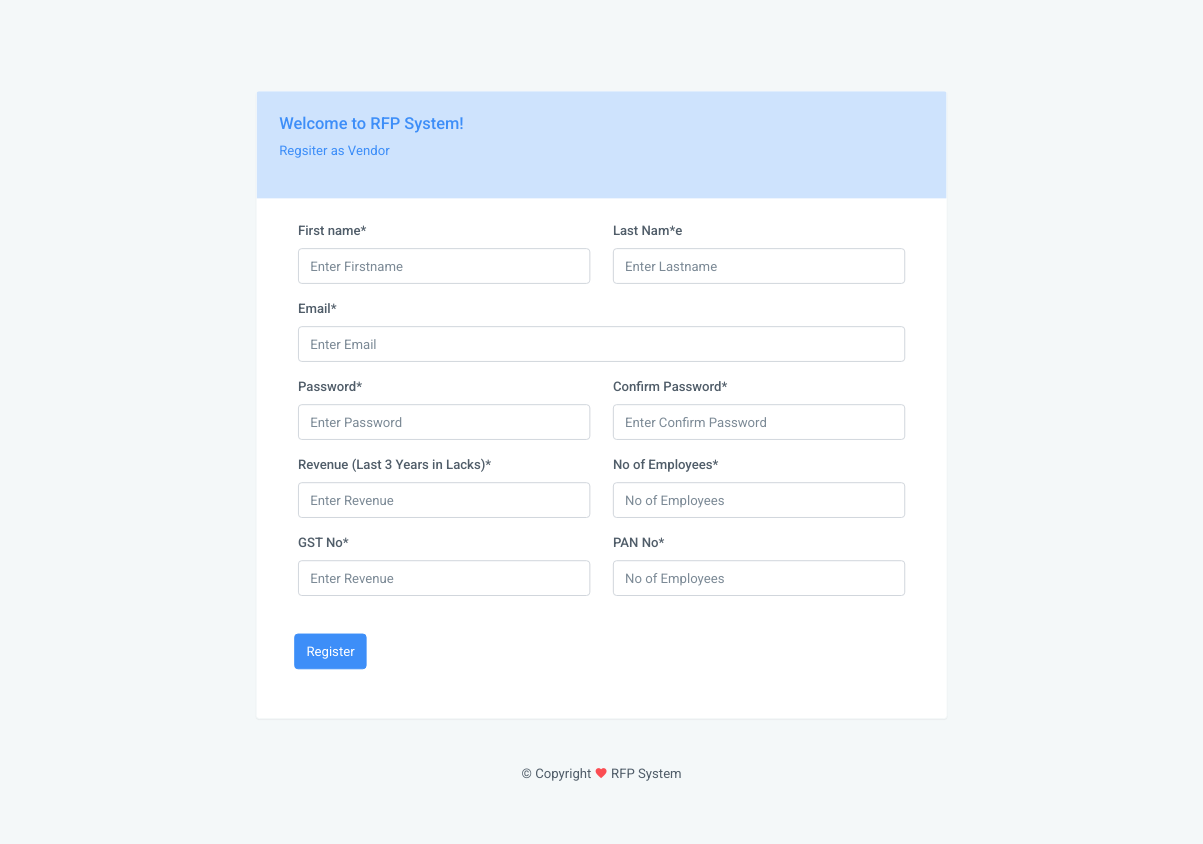
Repository: saurabhgithb/RFP-System
Page: register.html
These files come from the project's save history. The page is drawn as it stood at one moment and after the next save; the edit follows.
The browser window is 1280 px wide. The pictures show the whole page, at 94% of full size.

Above is the page before, as saved 2023-01-04 17:45:38.

### register.html

<!doctype html>
<html lang="en">

    <head>

        <meta charset="utf-8" />
        <title>Login | RFP System</title>
        <meta name="viewport" content="width=device-width, initial-scale=1.0">
        <meta content="Premium Multipurpose Admin & Dashboard Template" name="description" />
        <meta content="Themesbrand" name="author" />
        <!-- App favicon -->
        <link rel="shortcut icon" href="assets/images/favicon.ico">

        <!-- Bootstrap Css -->
        <link href="assets/css/bootstrap.min.css" id="bootstrap-style" rel="stylesheet" type="text/css" />
        <!-- Icons Css -->
        <link href="assets/css/icons.min.css" rel="stylesheet" type="text/css" />
        <!-- App Css-->
        <link href="assets/css/app.min.css" id="app-style" rel="stylesheet" type="text/css" />

    </head>

    <body>
        <div class="home-btn d-none d-sm-block">
            <a href="index.html" class="text-dark"><i class="fas fa-home h2"></i></a>
        </div>
        <div class="account-pages my-5 pt-sm-5">
            <div class="container">
                <div class="row justify-content-center">
                    <div class="col-md-8 col-lg-6 col-xl-8">
                        <div class="card overflow-hidden">
                            <div class="bg-soft-primary">
                                <div class="row">
                                    <div class="col-12">
                                        <div class="text-primary p-4">
                                            <h5 class="text-primary">Welcome to RFP System!</h5>
                                            <p>Regsiter as Vendor</p>
                                        </div>
                                    </div>
                                </div>
                            </div>
                            <div class="card-body pt-0">
                                <div class="p-4">
                                    <form class="form-horizontal" action="">
                                        <div class="row">
                                            <div class="col-md-12 col-lg-6 col-xl-6">
                                                <div class="form-group">
                                                    <label for="firstname">First name*</label>
                                                    <input type="text" class="form-control" id="firstname" placeholder="Enter Firstname">
                                                </div>
                                            </div>
                                            <div class="col-md-12 col-lg-6 col-xl-6">
                                                <div class="form-group">
                                                    <label for="lastname">Last Nam*e</label>
                                                    <input type="text" class="form-control" id="lastname" placeholder="Enter Lastname">
                                                </div>
                                            </div>
                                            <div class="col-md-12">
                                                <div class="form-group">
                                                    <label for="email">Email*</label>
                                                    <input type="text" class="form-control" id="email" placeholder="Enter Email">
                                                </div>
                                            </div>

                                            <div class="col-md-12 col-lg-6 col-xl-6">
                                                <div class="form-group">
                                                    <label for="password">Password*</label>
                                                    <input type="password" class="form-control" id="password" placeholder="Enter Password">
                                                </div>
                                            </div>
                                            <div class="col-md-12 col-lg-6 col-xl-6">
                                                <div class="form-group">
                                                    <label for="password">Confirm Password*</label>
                                                    <input type="password" class="form-control" id="confirmpassword" placeholder="Enter Confirm Password">
                                                </div>
                                            </div>

                                            <div class="col-md-12 col-lg-6 col-xl-6">
                                                <div class="form-group">
                                                    <label for="revenue">Revenue (Last 3 Years in Lacks)*</label>
                                                    <input type="text" class="form-control" id="revenue" placeholder="Enter Revenue">
                                                </div>
                                            </div>
                                            <div class="col-md-12 col-lg-6 col-xl-6">
                                                <div class="form-group">
                                                    <label for="noofemployees">No of Employees*</label>
                                                    <input type="text" class="form-control" id="noofemployees" placeholder="No of Employees">
                                                </div>
                                            </div>

                                            <div class="col-md-12 col-lg-6 col-xl-6">
                                                <div class="form-group">
                                                    <label for="revenue">GST No*</label>
                                                    <input type="text" class="form-control" id="revenue" placeholder="Enter Revenue">
                                                </div>
                                            </div>
                                            <div class="col-md-12 col-lg-6 col-xl-6">
                                                <div class="form-group">
                                                    <label for="noofemployees">PAN No*</label>
                                                    <input type="text" class="form-control" id="noofemployees" placeholder="No of Employees">
                                                </div>
                                            </div>

                                            <div class="p-2 mt-3">
                                                <button class="btn btn-primary btn-block waves-effect waves-light" type="submit">Register</button>
                                            </div>
                                        </div>
                                    </form>
                                </div>
                            </div>
                        </div>
                        <div class="mt-5 text-center">
                            <div>
                                <p>&copy; Copyright <i class="mdi mdi-heart text-danger"></i> RFP System</p>
                            </div>
                        </div>
                    </div>
                </div>
            </div>
        </div>
    </body>
</html>

Loaded but not shown: assets/css/bootstrap.min.css (library); assets/css/icons.min.css (library); assets/css/app.min.css (library)

After the next save:
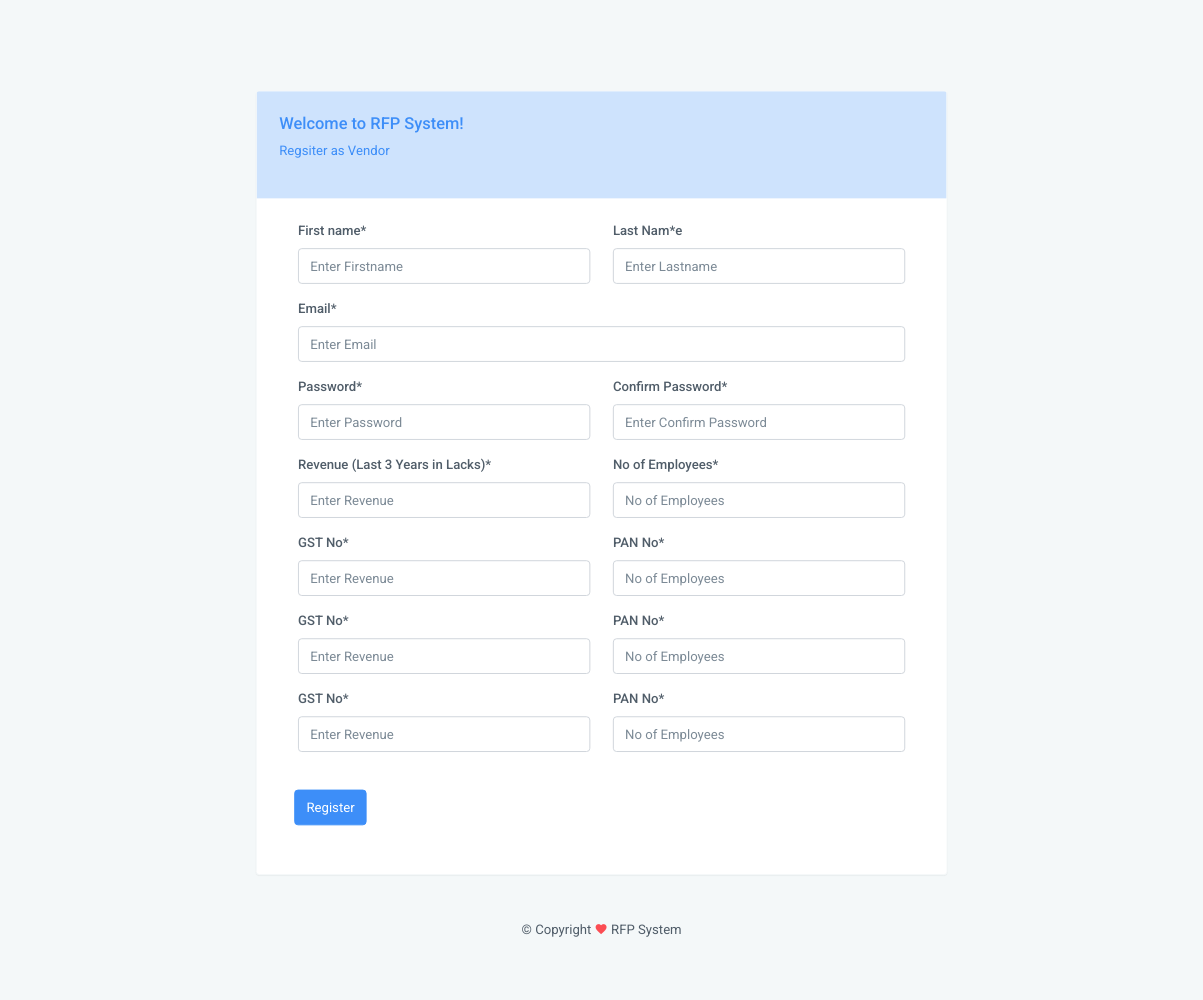
Saved 3 min 21 s later.
--- a/register.html
+++ b/register.html
@@ -102,6 +102,32 @@
                                                 </div>
                                             </div>
 
+                                            <div class="col-md-12 col-lg-6 col-xl-6">
+                                                <div class="form-group">
+                                                    <label for="revenue">GST No*</label>
+                                                    <input type="text" class="form-control" id="revenue" placeholder="Enter Revenue">
+                                                </div>
+                                            </div>
+                                            <div class="col-md-12 col-lg-6 col-xl-6">
+                                                <div class="form-group">
+                                                    <label for="noofemployees">PAN No*</label>
+                                                    <input type="text" class="form-control" id="noofemployees" placeholder="No of Employees">
+                                                </div>
+                                            </div>
+
+                                            <div class="col-md-12 col-lg-6 col-xl-6">
+                                                <div class="form-group">
+                                                    <label for="revenue">GST No*</label>
+                                                    <input type="text" class="form-control" id="revenue" placeholder="Enter Revenue">
+                                                </div>
+                                            </div>
+                                            <div class="col-md-12 col-lg-6 col-xl-6">
+                                                <div class="form-group">
+                                                    <label for="noofemployees">PAN No*</label>
+                                                    <input type="text" class="form-control" id="noofemployees" placeholder="No of Employees">
+                                                </div>
+                                            </div>
+
                                             <div class="p-2 mt-3">
                                                 <button class="btn btn-primary btn-block waves-effect waves-light" type="submit">Register</button>
                                             </div>
